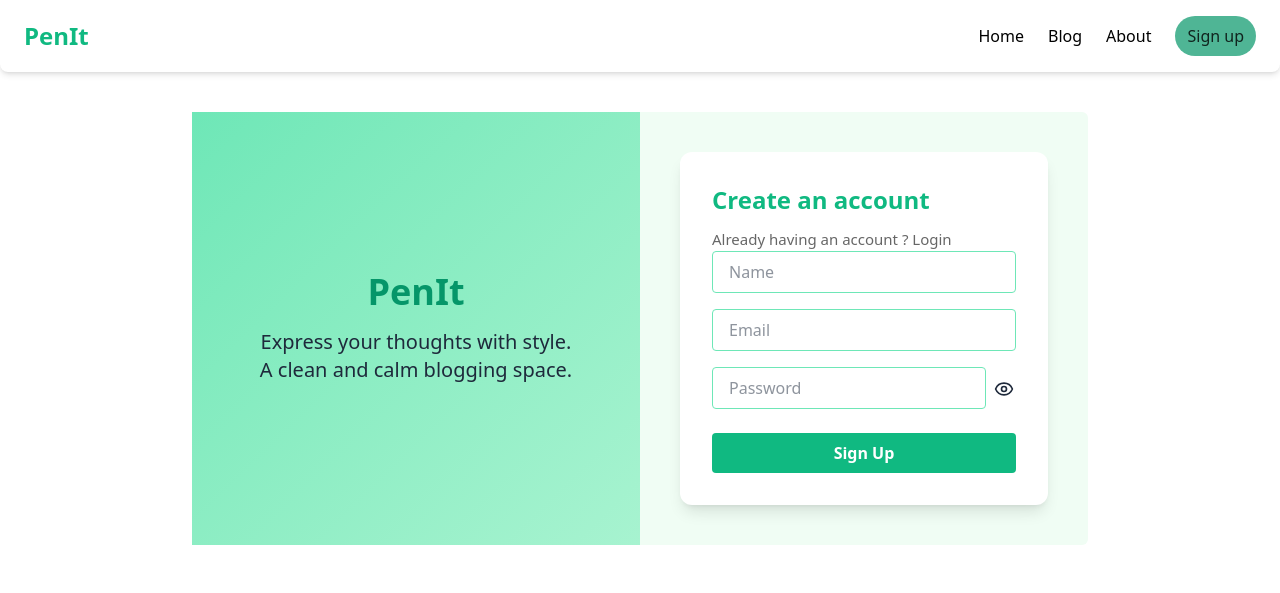
Repository: Mounika-chukkala/PenIt
Page: /signup (app in frontend/)
An editor plug-in stored every save of this project. The page is shown before and after the next save, followed by the edit.
The browser window is 1280 px wide. The pictures show the whole page.
The project was rebuilt for these pictures with package versions that can differ from the ones it lists, and the page was loaded fresh each time. Also part of the build but not shown: frontend/vite.config.js, frontend/src/Pages/Login.jsx, frontend/src/components/CreateBlog.jsx.

Above is the page before, as saved 2025-05-20 18:21:49.

### frontend/src/main.jsx
import { StrictMode } from 'react'
import { createRoot } from 'react-dom/client'
import './index.css'
import { Toaster } from 'react-hot-toast'
// import {BrowserRouter} from "react-router-dom"
import { BrowserRouter } from 'react-router-dom'
import App from './App.jsx'

createRoot(document.getElementById('root')).render(
  <StrictMode>
    <BrowserRouter>

    <App />
    </BrowserRouter>
  </StrictMode>,
)

### frontend/src/index.css
@import "tailwindcss";


/* :root {
  font-family: system-ui, Avenir, Helvetica, Arial, sans-serif;
  line-height: 1.5;
   font-weight: 400;

  color-scheme: light dark;
  color: rgba(255, 255, 255, 0.87);
  background-color: #242424;

  font-synthesis: none;
  text-rendering: optimizeLegibility;
  -webkit-font-smoothing: antialiased;
  -moz-osx-font-smoothing: grayscale;
}

a {
  font-weight: 500;
  color: #646cff;
  text-decoration: inherit;
}
a:hover {
  color: #535bf2;
}

body {
  margin: 0;
  display: flex;
  place-items: center;
  min-width: 320px;
  min-height: 100vh;
}

h1 {
  font-size: 3.2em;
  line-height: 1.1;
}

button {
  border-radius: 8px;
  border: 1px solid transparent;
  padding: 0.6em 1.2em;
  font-size: 1em;
  font-weight: 500;
  font-family: inherit;
  background-color: #1a1a1a;
  cursor: pointer;
  transition: border-color 0.25s;
}
button:hover {
  border-color: #646cff;
}
button:focus,
button:focus-visible {
  outline: 4px auto -webkit-focus-ring-color;
}

@media (prefers-color-scheme: light) {
  :root {
    color: #213547;
    background-color: #ffffff;
  }
  a:hover {
    color: #747bff;
  }
  button {
    background-color: #f9f9f9;
  }
} */

### frontend/src/App.jsx
import { useState } from 'react'
import { Route, Routes } from 'react-router-dom'
// import './App.css'
import Login from './Pages/Login'
import Signup from './Pages/Signup'
// import Navbar from './components/Navbar'
import Layout from "./Pages/Layout"
import CreateBlog from './components/CreateBlog'
function App() {

  return (
  <Routes>
    <Route path="/" element={<Layout/>}>
        <Route path="/signin" element={<Login/>}></Route>
    <Route path="/signup" element={<Signup/>}></Route>
    <Route path="/create-blog" element={<CreateBlog/>}></Route>
    {/* <Route path="/search-blog" element={}></Route> */}
    {/* <Route path="*" element={}></Route> */}
    </Route>

  </Routes>
  )
}

export default App

### frontend/src/Pages/Signup.jsx
import { useState } from "react";
import { Eye,EyeOff } from "lucide-react";
import toast from "react-hot-toast";
import { Link } from "react-router-dom";
function Signup() {
  const [userData, setUserData] = useState({
    name: "",
    email: "",
    password: "",
  });
const [isVisible,setVisible]=useState(false)
  async function handleSubmit() {
    console.log("hello")
    let data = await fetch("http://localhost:3000/api/v1/signup", {
      method: "POST",
      body: JSON.stringify(userData),
      headers: {
        "Content-Type": "application/json",
      },
    });

    let res = await data.json();
    console.log(res)
alert(res.message)
    if(!res.success){
        toast.error(res.message);

    }
    else{
        toast.success(res.message);
        localStorage.setItem("User",JSON.stringify(res.user));
    }
  }

  return (
        <div className="max-h-screen max-w-[70%] rounded-md m-auto mt-10 flex bg-[#F0FDF4] text-[#1E293B]">
      {/* Left side visual placeholder */}
      <div className="w-1/2 flex flex-col justify-center items-center p-10 bg-gradient-to-br from-[#6EE7B7] to-[#A7F3D0]">
        <h1 className="text-4xl font-bold text-[#059669] mb-4">PenIt</h1>
        <p className="text-xl text-[#1E293B] text-center">
          Express your thoughts with style.<br /> A clean and calm blogging space.
        </p>
      </div>

      {/* Right side sign up form */}
      <div className="w-1/2 flex justify-center items-center p-10">
        <div className="bg-white p-8 rounded-xl shadow-lg w-full max-w-md">
          <h2 className="text-2xl font-bold mb-3 text-[#10B981]">Create an account</h2>

<p className="text-[15px] text-black/60">Already having an account ? <Link to="/login">Login</Link></p>
          <input
            className="w-full mb-4 px-4 py-2 border border-[#6EE7B7] rounded focus:outline-none focus:ring-2 focus:ring-[#10B981]"
            type="text"
            placeholder="Name"
            onChange={(e) => setUserData({ ...userData, name: e.target.value })}
          />
          <input
            className="w-full mb-4 px-4 py-2 border border-[#6EE7B7] rounded focus:outline-none focus:ring-2 focus:ring-[#10B981]"
            type="email"
            placeholder="Email"
            onChange={(e) => setUserData({ ...userData, email: e.target.value })}
          />
          {/* <input
            className="w-full mb-6 px-4 py-2 border border-[#6EE7B7] rounded focus:outline-none focus:ring-2 focus:ring-[#10B981]"
            type="password"
            placeholder="Password"
            onChange={(e) => setUserData({ ...userData, password: e.target.value })}
          /> */}

                            <div className="w-full flex gap-2">
                       <input
                        className="w-[90%] mb-6 px-4 py-2 border border-[#6EE7B7] rounded focus:outline-none focus:ring-2 focus:ring-[#10B981]"
                        type={isVisible?"text":"password" }
                        placeholder="Password"
                        onChange={(e) => setUserData({ ...userData, password: e.target.value })}
                      />
                       <div  className="pt-3" onClick={()=>setVisible(!isVisible)}>
             {isVisible ? <EyeOff size={20} /> : <Eye size={20} />}
                       </div>
                       </div>
          <button
            onClick={handleSubmit}
            className="w-full bg-[#10B981] hover:bg-[#059669] text-white py-2 rounded font-semibold transition duration-200"
          >
            Sign Up
          </button>
        </div>
      </div>
    </div>

  );
}

export default Signup;

### frontend/src/Pages/Layout.jsx
import { Outlet } from 'react-router-dom'
import Navbar from '../components/Navbar'

export default function Layout() {
  return (
    <>
      <Navbar />
      <Outlet />
    </>
  )
}

### frontend/src/components/Navbar.jsx
import React, { useEffect, useState } from "react";
import { Link } from "react-router-dom";

export default function Navbar() {
  const [isLogged, setLogged] = useState(false);
  const item = localStorage.getItem("User");
  useEffect(()=>{
  if (item!=null) {
    setLogged(true);
  }
},isLogged)
  return (
    <nav className="bg-white shadow-md px-6 py-4 flex justify-between items-center rounded-b-lg">
      <h1 className="text-2xl font-bold text-[#10B981]">PenIt</h1>
      <ul className="flex space-x-6 font-medium">
        <li className="hover:text-[#059669] pt-2 cursor-pointer">Home</li>
        <li className="hover:text-[#059669] pt-2 cursor-pointer">Blog</li>
        <li className="hover:text-[#059669] pt-2 cursor-pointer">About</li>
        <Link to="/signup">
        <li className="bg-[#059669]/70 rounded-3xl px-3 py-2 text-black/80 transform hover:scale-120 transition duration-300 ease-in-out  hover:text-white cursor-pointer">
{isLogged?"Log out":"Sign up"}
          </li>
        </Link>
      </ul>
    </nav>
  );
}

Loaded but not shown: frontend/index.html (common file)

After the next save:
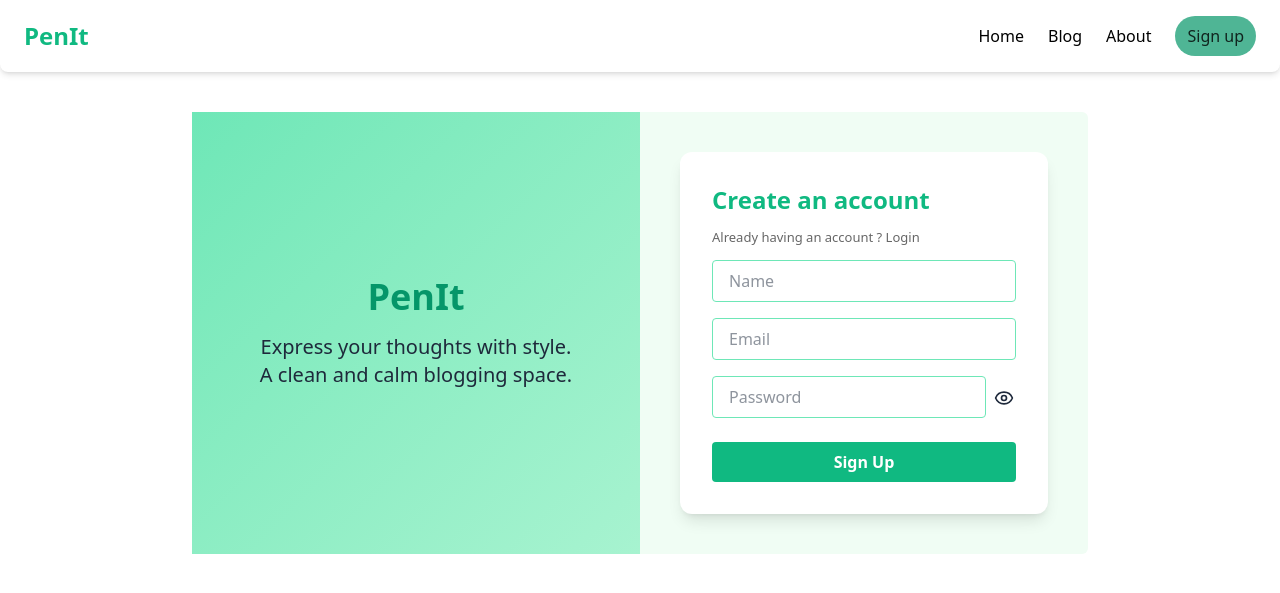
Saved 16 s later.
--- a/frontend/src/Pages/Signup.jsx
+++ b/frontend/src/Pages/Signup.jsx
@@ -47,7 +47,7 @@ alert(res.message)
         <div className="bg-white p-8 rounded-xl shadow-lg w-full max-w-md">
           <h2 className="text-2xl font-bold mb-3 text-[#10B981]">Create an account</h2>
 
-<p className="text-[15px] text-black/60">Already having an account ? <Link to="/login">Login</Link></p>
+<p className="text-[13px] text-black/60 mb-3">Already having an account ? <Link to="/login">Login</Link></p>
           <input
             className="w-full mb-4 px-4 py-2 border border-[#6EE7B7] rounded focus:outline-none focus:ring-2 focus:ring-[#10B981]"
             type="text"
